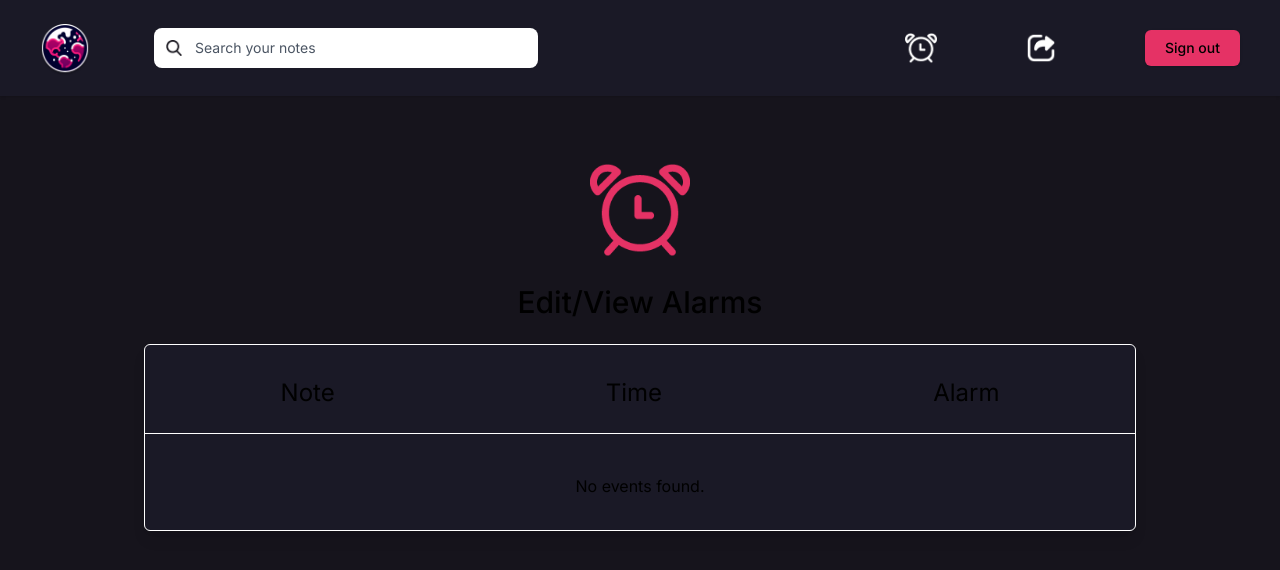
Repository: plan-it-earth/plan-it-earth
Page: /pages/alarm
An editor plug-in stored every save of this project. The page is shown before and after the next save, followed by the edit.
The browser window is 1280 px wide. The pictures show the whole page.
The project was rebuilt for these pictures with package versions that can differ from the ones it lists, and the page was loaded fresh each time. The framework's server and built-in components were replaced by stand-ins that run in the browser. Also part of the build but not shown: next.config.mjs, app/lib/Hooks/dbActions.js, app/Components/AlarmRow.tsx.

Above is the page before, as saved 2024-04-18 20:13:59.

After the next save:
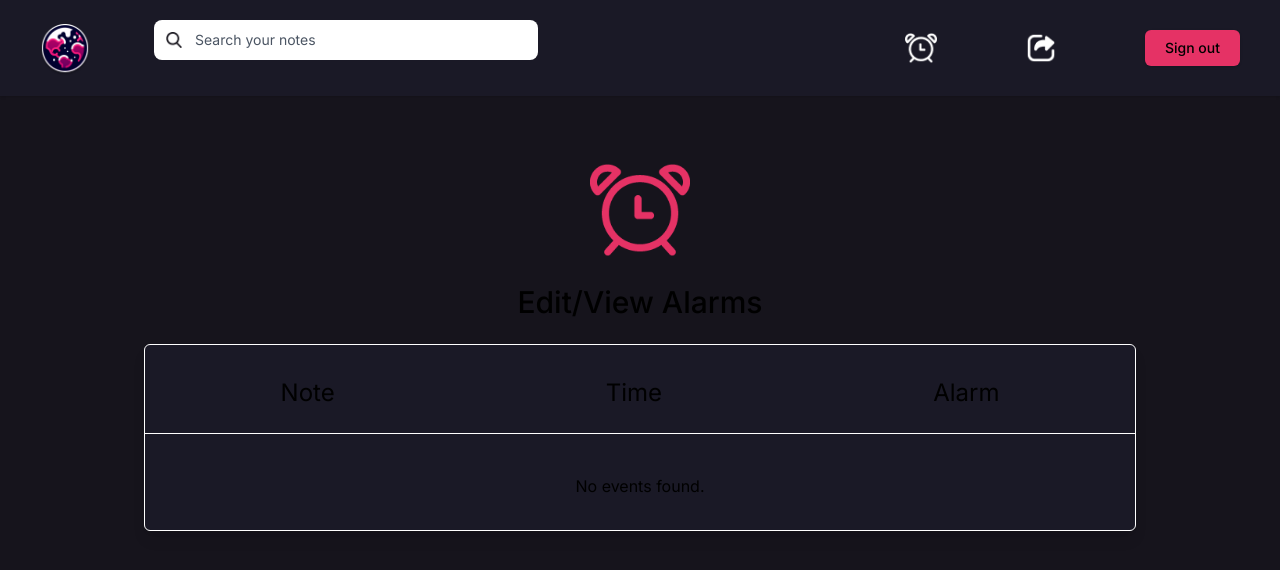
Saved 36 s later.
--- a/app/Components/Search.tsx
+++ b/app/Components/Search.tsx
@@ -19,7 +19,7 @@
     };
 
     return (
-        <form onSubmit={handleSubmit} className="flex flex-row mx-auto h-10 w-36 items-center gap-2 self-center bg-[#fff] rounded-lg md:w-96 sm:w-80 md:gap-4 md:ml-16">
+        <form onSubmit={handleSubmit} className="flex flex-row mx-auto h-10 w-36 items-center gap-2 bg-[#fff] rounded-lg md:w-96 sm:w-80 md:gap-4 md:ml-16">
             <button type="submit" className="border-none bg-none">
                 <Image src={search} alt='Search' height={18} width={18} className="h-4 w-4 ml-2 cursor-pointer md:ml-3"/>
             </button>

After the save that followed:
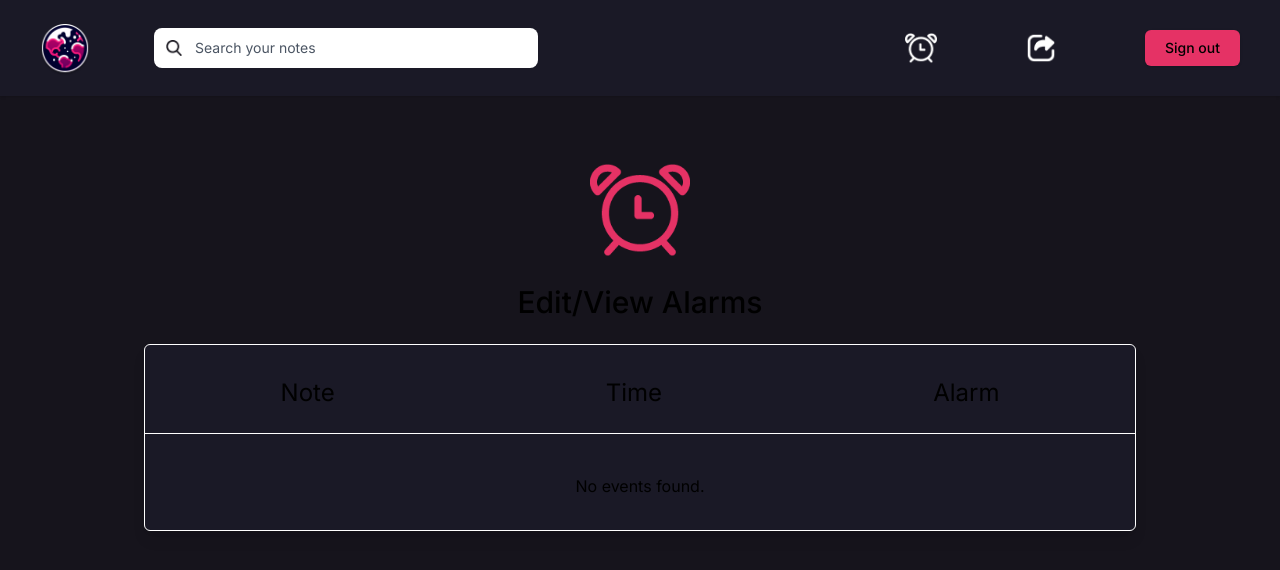
Saved 6 s later.
--- a/app/Components/Search.tsx
+++ b/app/Components/Search.tsx
@@ -19,7 +19,7 @@
     };
 
     return (
-        <form onSubmit={handleSubmit} className="flex flex-row mx-auto h-10 w-36 items-center gap-2 bg-[#fff] rounded-lg md:w-96 sm:w-80 md:gap-4 md:ml-16">
+        <form onSubmit={handleSubmit} className="flex flex-row mx-auto h-10 w-36 items-center gap-2 self-center align-middle bg-[#fff] rounded-lg md:w-96 sm:w-80 md:gap-4 md:ml-16">
             <button type="submit" className="border-none bg-none">
                 <Image src={search} alt='Search' height={18} width={18} className="h-4 w-4 ml-2 cursor-pointer md:ml-3"/>
             </button>
